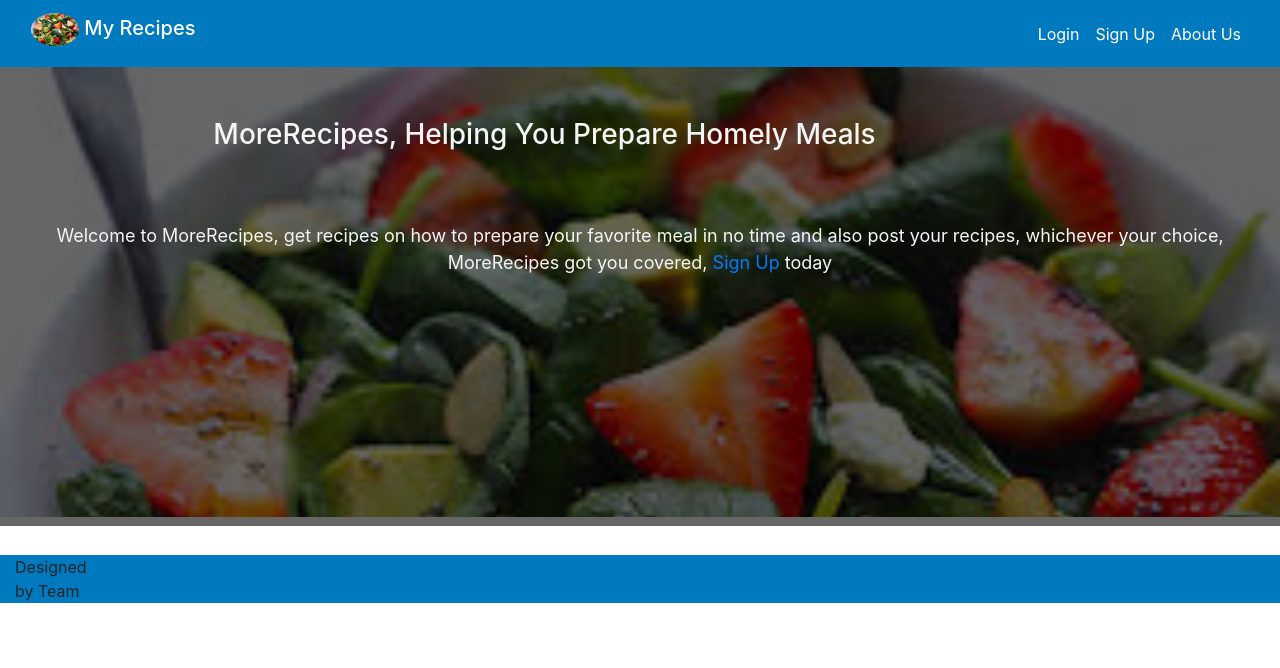
Repository: UggoPrince/more-recipes
Page: html/index.html
The author's editor kept a copy of each file at every save. The page is drawn from the files as they stood at one save, then again after the next save.
The browser window is 1280 px wide. The pictures show the whole page.

Above is the page before, as saved 2018-07-30 07:12:50.

### html/index.html
<html lang="en">
<head>
  <meta charset="UTF-8">
  <meta name="viewport" content="width=device-width, initial-scale=1.0">
  <meta http-equiv="X-UA-Compatible" content="ie=edge">
  <link rel="stylesheet" href="https://maxcdn.bootstrapcdn.com/bootstrap/4.0.0/css/bootstrap.min.css" integrity="sha384-Gn5384xqQ1aoWXA+058RXPxPg6fy4IWvTNh0E263XmFcJlSAwiGgFAW/dAiS6JXm" crossorigin="anonymous"/>
  <style>
    main {
      background-color: rgba(0, 0, 3, 0.6);
      color: whitesmoke;
    }
    div#content {
      background-size: 100vw;
      background-repeat: no-repeat;
      background-image: url(../img/nav-image.jpg);
      background-size: cover;
      height: 450px;
      background-repeat: no-repeat;
    }
    nav {
      background-color: #0079be;
      color: white;
    }
    .nav-link {
      color: white;
    }
  </style>
  <title>My Recipes Homepage</title>
</head>
<body>
  <nav class="xnav navbar navbar-expand-lg">
    <div class="container-fluid">
      <h3 style="color: white;" class="navbar-brand">
        <img class="rounded-circle" src="../img/nav-image.jpg" style="width: 48px;" alt="logo"/>
        My Recipes
      </h3>
      <button class="navbar-toggler" type="button" data-toggle="collapse" aria-controls="navDropdown" aria-expanded="false" aria-label="Toggle Navigation" data-target="#navDropdown" >
        <span class="navbar-toggler-icon"></span>
      </button>
      <div class="collapse navbar-collapse justify-content-end brand-anchor" id="navDropdown">
        <ul class="navbar-nav">
          <li class="nav-item">
            <a class="nav-link" href="login.html">Login</a>
          </li>
          <li class="nav-item">
            <a class="nav-link" href="signup.html">Sign Up</a>
          </li>
          <li class="nav-item">
            <a class="nav-link" href="about.html">About Us</a>
          </li>
        </ul>
      </div>
    </div>
  </nav>
  <div id="content">
    <main class="container-fluid">
      <div class="row">
        <div class="offset-2 col-8;" style="margin-top: 4%;">
            <h3>MoreRecipes, Helping You Prepare Homely Meals</h3>
        </div>
      </div>
      <center>
        <div style="padding-top: 5%; padding-bottom: 20%; font-size: 18px;">
          Welcome to MoreRecipes, get recipes on how to prepare your favorite meal in no time and also post your recipes, whichever your choice, MoreRecipes got you covered, <a href="signup.html">Sign Up</a> today
        </div>
      </center>
    </main>
  </div>
  <footer class="container-fluid" style="background-color: #0079be; margin-top: 3%">
    <div class="row">
      <div class="col-1">Designed by Team</div>
    </div>
  </footer>
</body>
</html>

After the next save:
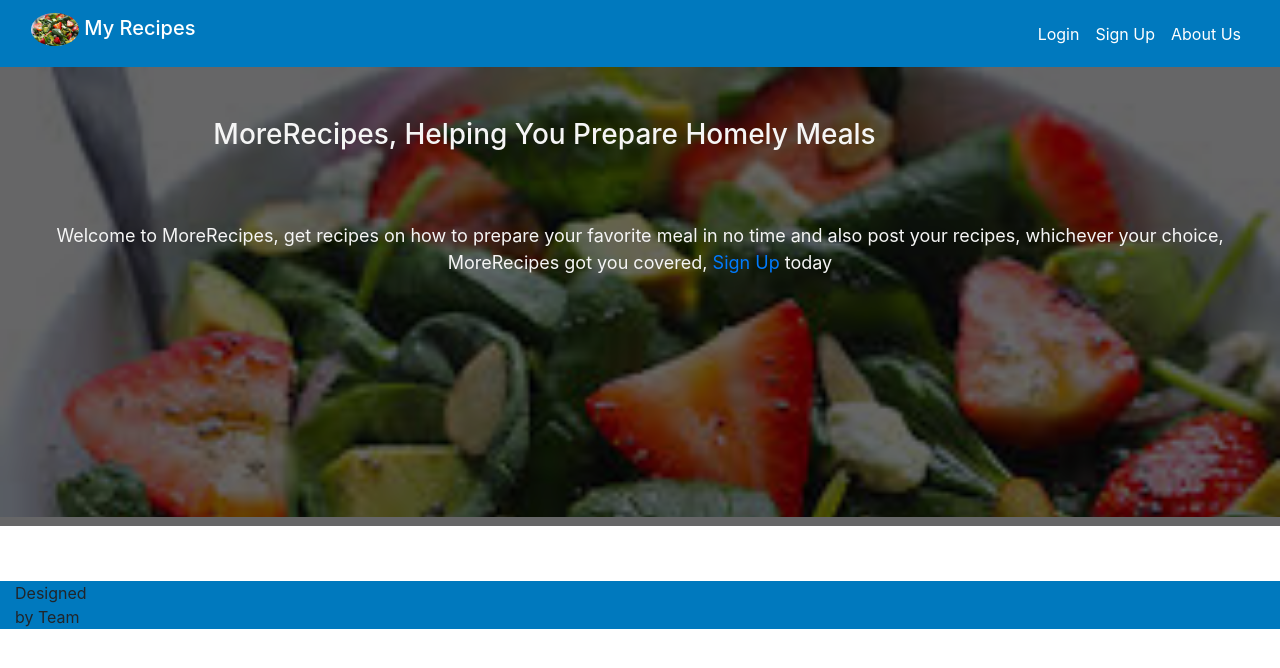
Saved 6 s later.
--- a/html/index.html
+++ b/html/index.html
@@ -66,7 +66,7 @@
       </center>
     </main>
   </div>
-  <footer class="container-fluid" style="background-color: #0079be; margin-top: 3%">
+  <footer class="container-fluid" style="background-color: #0079be; margin-top: 5%">
     <div class="row">
       <div class="col-1">Designed by Team</div>
     </div>
